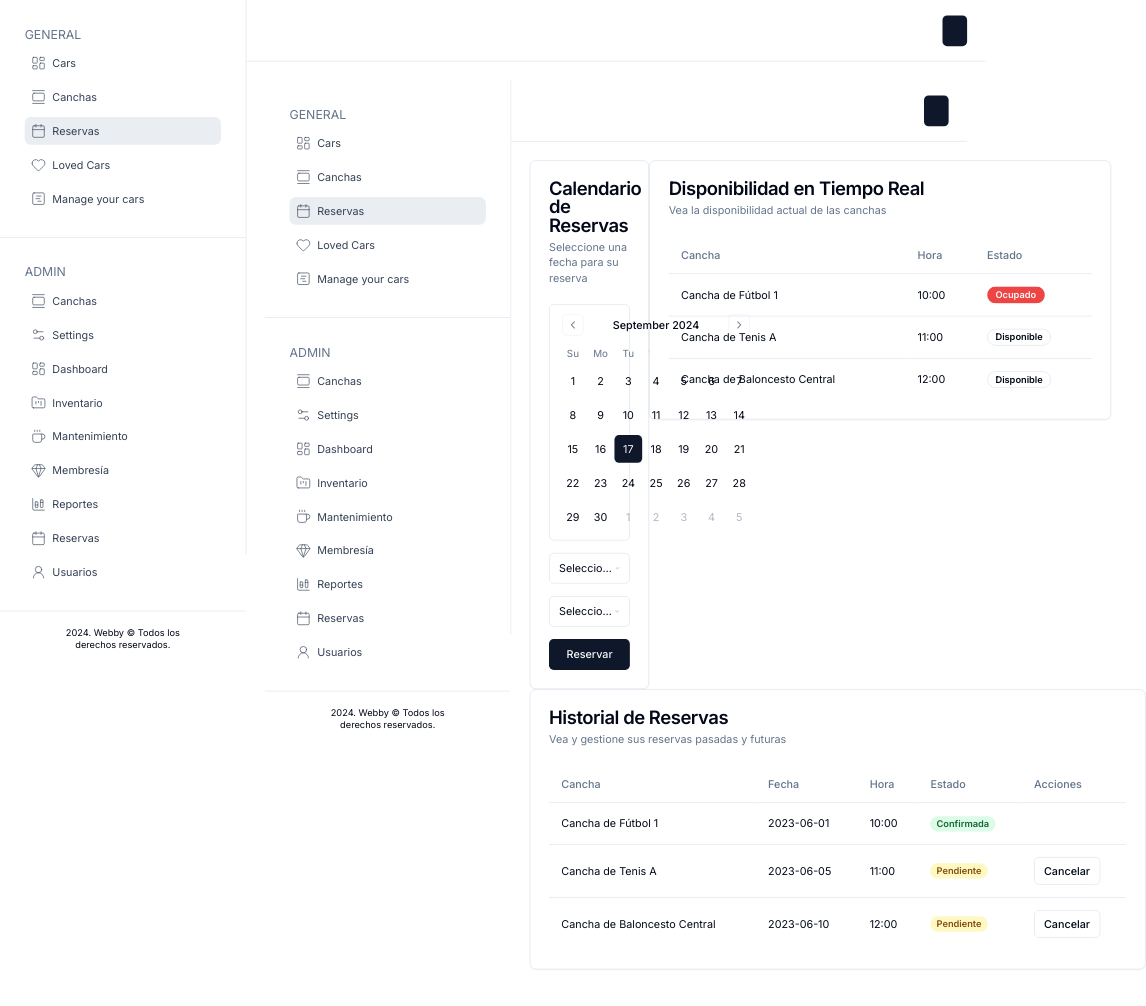
Repository: Jackson-sch/cdeporte
Page: /reservas
An editor plug-in stored every save of this project. The page is shown before and after the next save, followed by the edit.
The browser window is 1280 px wide. The page is 1488 px wide, so the pictures cover 1488 px, including what lies to the right of the window. The pictures show the whole page, at 77% of full size.
The project was rebuilt for these pictures with package versions that can differ from the ones it lists, and the page was loaded fresh each time. The framework's server and built-in components were replaced by stand-ins that run in the browser. Also part of the build but not shown: next.config.mjs, src/components/ui/label.jsx, src/components/ui/input.jsx, src/components/Reservas/HistorialReserva.jsx.

Above is the page before, as saved 2024-09-17 20:06:46.

### src/app/layout.jsx
import { Inter } from "next/font/google";
import "./globals.css";
import { Toaster } from "@/components/ui/toaster";

const inter = Inter({ subsets: ["latin"] });

export const metadata = {
  title: "Create Next App",
  description: "Generated by create next app",
};

export default function RootLayout({ children }) {
  return (
    <html lang="en">
      <body className={inter.className}>
        {children}
        <Toaster />
        </body>
    </html>
  );
}

### src/app/(routes)/layout.jsx
import { NavbarDashboard } from "@/components/NavbarDashboard/NavbarDashboard";
import { Sidebar } from "@/components/Sidebar/Sidebar";




export default function LayoutDashboard({ children }) {
  return (
    <div className="flex w-full h-full">
      <div className="hidden h-full xl:block w-80 xl:fixed">
        <Sidebar />
      </div>
      <div className="w-full h-full xl:ml-80">
        <NavbarDashboard />
        <div className="p-6 h-max container">{children}</div>
      </div>
    </div>
  );
}

### src/app/(routes)/(cliente)/layout.jsx
import { NavbarDashboard } from "@/components/NavbarDashboard/NavbarDashboard";
import { Sidebar } from "@/components/Sidebar/Sidebar";




export default function LayoutDashboard({ children }) {
  return (
    <div className="flex w-full h-full">
      <div className="hidden h-full xl:block w-80 xl:fixed">
        <Sidebar />
      </div>
      <div className="w-full h-full xl:ml-80">
        <NavbarDashboard />
        <div className="p-6 h-max container">{children}</div>
      </div>
    </div>
  );
}

### src/app/(routes)/(cliente)/reservas/page.jsx
"use client";
import React, { useState } from "react";
import { Calendar } from "@/components/ui/calendar";
import {
  Card,
  CardHeader,
  CardTitle,
  CardDescription,
  CardContent,
} from "@/components/ui/card";
import {
  Select,
  SelectTrigger,
  SelectValue,
  SelectContent,
  SelectItem,
} from "@/components/ui/select";
import { Button } from "@/components/ui/button";
import {
  Dialog,
  DialogTrigger,
  DialogContent,
  DialogHeader,
  DialogTitle,
  DialogDescription,
  DialogFooter,
} from "@/components/ui/dialog";
import { Label } from "@/components/ui/label";
import { Input } from "@/components/ui/input";
import RealTimeAvailability from "@/components/Reservas/RealTimeAvailability";
import HistorialReservas from "@/components/Reservas/HistorialReserva";
import ReservationHistory from "@/components/Reservas/ReservationHistory";

export default function ReservationCalendar() {
  const [date, setDate] = useState(new Date());
  const [selectedCourt, setSelectedCourt] = useState("");
  const [selectedTime, setSelectedTime] = useState("");
  const [isDialogOpen, setIsDialogOpen] = useState(false);

  const courts = [
    "Cancha de Fútbol 1",
    "Cancha de Tenis A",
    "Cancha de Baloncesto Central",
  ];
  const times = [
    "09:00",
    "10:00",
    "11:00",
    "12:00",
    "13:00",
    "14:00",
    "15:00",
    "16:00",
    "17:00",
    "18:00",
  ];

  const handleReservation = () => {
    console.log("Reserva realizada:", { date, selectedCourt, selectedTime });
    setIsDialogOpen(false);
    // Aquí iría la lógica para enviar la reserva al servidor
  };

  return (
    <div className="grid grid-cols-1 md:grid-cols-2 lg:grid-cols-7">
      <div className="col-span-2">
        <Card className="w-full">
          <CardHeader>
            <CardTitle>Calendario de Reservas</CardTitle>
            <CardDescription>
              Seleccione una fecha para su reserva
            </CardDescription>
          </CardHeader>
          <CardContent>
            <Calendar
              mode="single"
              selected={date}
              onSelect={setDate}
              className="rounded-md border"
            />
            <div className="mt-4">
              <Select onValueChange={setSelectedCourt}>
                <SelectTrigger>
                  <SelectValue placeholder="Seleccione una cancha" />
                </SelectTrigger>
                <SelectContent>
                  {courts.map((court) => (
                    <SelectItem key={court} value={court}>
                      {court}
                    </SelectItem>
                  ))}
                </SelectContent>
              </Select>
            </div>
            <div className="mt-4">
              <Select onValueChange={setSelectedTime}>
                <SelectTrigger>
                  <SelectValue placeholder="Seleccione una hora" />
                </SelectTrigger>
                <SelectContent>
                  {times.map((time) => (
                    <SelectItem key={time} value={time}>
                      {time}
                    </SelectItem>
                  ))}
                </SelectContent>
              </Select>
            </div>
            <Dialog open={isDialogOpen} onOpenChange={setIsDialogOpen}>
              <DialogTrigger asChild>
                <Button className="mt-4 w-full">Reservar</Button>
              </DialogTrigger>
              <DialogContent>
                <DialogHeader>
                  <DialogTitle>Confirmar Reserva</DialogTitle>
                  <DialogDescription>
                    ¿Está seguro que desea realizar esta reserva?
                  </DialogDescription>
                </DialogHeader>
                <div className="grid gap-4 py-4">
                  <div className="grid grid-cols-4 items-center gap-4">
                    <Label htmlFor="date" className="text-right">
                      Fecha
                    </Label>
                    <Input
                      id="date"
                      value={date.toLocaleDateString()}
                      className="col-span-3"
                      readOnly
                    />
                  </div>
                  <div className="grid grid-cols-4 items-center gap-4">
                    <Label htmlFor="court" className="text-right">
                      Cancha
                    </Label>
                    <Input
                      id="court"
                      value={selectedCourt}
                      className="col-span-3"
                      readOnly
                    />
                  </div>
                  <div className="grid grid-cols-4 items-center gap-4">
                    <Label htmlFor="time" className="text-right">
                      Hora
                    </Label>
                    <Input
                      id="time"
                      value={selectedTime}
                      className="col-span-3"
                      readOnly
                    />
                  </div>
                </div>
                <DialogFooter>
                  <Button onClick={handleReservation}>Confirmar Reserva</Button>
                </DialogFooter>
              </DialogContent>
            </Dialog>
          </CardContent>
        </Card>
      </div>
      <div className="col-span-5">
        <RealTimeAvailability />
      </div>

      <ReservationHistory />
    </div>
  );
}

### src/components/ui/toaster.jsx
"use client"

import {
  Toast,
  ToastClose,
  ToastDescription,
  ToastProvider,
  ToastTitle,
  ToastViewport,
} from "@/components/ui/toast"
import { useToast } from "@/components/ui/use-toast"

export function Toaster() {
  const { toasts } = useToast()

  return (
    (<ToastProvider>
      {toasts.map(function ({ id, title, description, action, ...props }) {
        return (
          (<Toast key={id} {...props}>
            <div className="grid gap-1">
              {title && <ToastTitle>{title}</ToastTitle>}
              {description && (
                <ToastDescription>{description}</ToastDescription>
              )}
            </div>
            {action}
            <ToastClose />
          </Toast>)
        );
      })}
      <ToastViewport />
    </ToastProvider>)
  );
}

### src/components/NavbarDashboard/NavbarDashboard.jsx
import { Sheet, SheetContent, SheetTrigger } from "@/components/ui/sheet";
import {Button } from "@/components/ui/button";
import { Menu } from "lucide-react";
import { SidebarRoutes } from "../SidebarRoutes/SidebarRoutes";



export function NavbarDashboard() {
  return (
    <nav className="flex items-center justify-between w-full h-20 px-2 border-b gap-x-4 md:px-6 bg-background">
      <div className="block xl:hidden">
        <Sheet>
          <SheetTrigger className="flex items-center">
            <Menu />
          </SheetTrigger>
          <SheetContent side="left">
            <SidebarRoutes />
          </SheetContent>
        </Sheet>
      </div>
      <div className="flex items-center justify-end w-full gap-x-2">
        <Button />
      </div>
    </nav>
  );
}

### src/components/Sidebar/Sidebar.jsx
import { SidebarRoutes } from "../SidebarRoutes/SidebarRoutes";


export function Sidebar() {
  return (
    <div className="h-screen">
      <div className="flex flex-col h-full border-r">
        <SidebarRoutes />
      </div>
    </div>
  );
}

### src/components/ui/card.jsx
import * as React from "react"

import { cn } from "@/lib/utils"

const Card = React.forwardRef(({ className, ...props }, ref) => (
  <div
    ref={ref}
    className={cn("rounded-lg border bg-card text-card-foreground shadow-sm", className)}
    {...props} />
))
Card.displayName = "Card"

const CardHeader = React.forwardRef(({ className, ...props }, ref) => (
  <div
    ref={ref}
    className={cn("flex flex-col space-y-1.5 p-6", className)}
    {...props} />
))
CardHeader.displayName = "CardHeader"

const CardTitle = React.forwardRef(({ className, ...props }, ref) => (
  <h3
    ref={ref}
    className={cn("text-2xl font-semibold leading-none tracking-tight", className)}
    {...props} />
))
CardTitle.displayName = "CardTitle"

const CardDescription = React.forwardRef(({ className, ...props }, ref) => (
  <p
    ref={ref}
    className={cn("text-sm text-muted-foreground", className)}
    {...props} />
))
CardDescription.displayName = "CardDescription"

const CardContent = React.forwardRef(({ className, ...props }, ref) => (
  <div ref={ref} className={cn("p-6 pt-0", className)} {...props} />
))
CardContent.displayName = "CardContent"

const CardFooter = React.forwardRef(({ className, ...props }, ref) => (
  <div
    ref={ref}
    className={cn("flex items-center p-6 pt-0", className)}
    {...props} />
))
CardFooter.displayName = "CardFooter"

export { Card, CardHeader, CardFooter, CardTitle, CardDescription, CardContent }

### src/components/ui/button.jsx
import * as React from "react"
import { Slot } from "@radix-ui/react-slot"
import { cva } from "class-variance-authority";

import { cn } from "@/lib/utils"

const buttonVariants = cva(
  "inline-flex items-center justify-center whitespace-nowrap rounded-md text-sm font-medium ring-offset-background transition-colors focus-visible:outline-none focus-visible:ring-2 focus-visible:ring-ring focus-visible:ring-offset-2 disabled:pointer-events-none disabled:opacity-50",
  {
    variants: {
      variant: {
        default: "bg-primary text-primary-foreground hover:bg-primary/90",
        destructive:
          "bg-destructive text-destructive-foreground hover:bg-destructive/90",
        outline:
          "border border-input bg-background hover:bg-accent hover:text-accent-foreground",
        secondary:
          "bg-secondary text-secondary-foreground hover:bg-secondary/80",
        ghost: "hover:bg-accent hover:text-accent-foreground",
        link: "text-primary underline-offset-4 hover:underline",
      },
      size: {
        default: "h-10 px-4 py-2",
        sm: "h-9 rounded-md px-3",
        lg: "h-11 rounded-md px-8",
        icon: "h-10 w-10",
      },
    },
    defaultVariants: {
      variant: "default",
      size: "default",
    },
  }
)

const Button = React.forwardRef(({ className, variant, size, asChild = false, ...props }, ref) => {
  const Comp = asChild ? Slot : "button"
  return (
    (<Comp
      className={cn(buttonVariants({ variant, size, className }))}
      ref={ref}
      {...props} />)
  );
})
Button.displayName = "Button"

export { Button, buttonVariants }

### src/components/Reservas/RealTimeAvailability.jsx
'use client'
import React, { useState, useEffect } from 'react'
import { Card, CardHeader, CardTitle, CardDescription, CardContent } from "@/components/ui/card"
import { Table, TableBody, TableCell, TableHead, TableHeader, TableRow } from "@/components/ui/table"
import { Badge } from "@/components/ui/badge"

export default function RealTimeAvailability() {
  const [availability, setAvailability] = useState([])

  useEffect(() => {
    // Simulación de actualización en tiempo real
    const interval = setInterval(() => {
      const newAvailability = [
        { id: 1, court: "Cancha de Fútbol 1", time: "10:00", status: Math.random() > 0.5 ? "Disponible" : "Ocupado" },
        { id: 2, court: "Cancha de Tenis A", time: "11:00", status: Math.random() > 0.5 ? "Disponible" : "Ocupado" },
        { id: 3, court: "Cancha de Baloncesto Central", time: "12:00", status: Math.random() > 0.5 ? "Disponible" : "Ocupado" },
      ]
      setAvailability(newAvailability)
    }, 5000) // Actualiza cada 5 segundos

    return () => clearInterval(interval)
  }, [])

  return (
    <Card className="w-[600px]">
      <CardHeader>
        <CardTitle>Disponibilidad en Tiempo Real</CardTitle>
        <CardDescription>Vea la disponibilidad actual de las canchas</CardDescription>
      </CardHeader>
      <CardContent>
        <Table>
          <TableHeader>
            <TableRow>
              <TableHead>Cancha</TableHead>
              <TableHead>Hora</TableHead>
              <TableHead>Estado</TableHead>
            </TableRow>
          </TableHeader>
          <TableBody>
            {availability.map((item) => (
              <TableRow key={item.id}>
                <TableCell>{item.court}</TableCell>
                <TableCell>{item.time}</TableCell>
                <TableCell>
                  <Badge variant={item.status === "Disponible" ? "success" : "destructive"}>
                    {item.status}
                  </Badge>
                </TableCell>
              </TableRow>
            ))}
          </TableBody>
        </Table>
      </CardContent>
    </Card>
  )
}

### src/components/SidebarRoutes/SidebarRoutes.jsx
"use client";

import { Separator } from "@/components/ui/separator";
import { dataAdminSidebar, dataGeneralSidebar } from "./SidebarRoute.data";
import { SidebarItem } from "./SidebarItem/SidebarItem";



export function SidebarRoutes() {

  return (
    <div className="flex flex-col justify-between h-full">
      <div>
        <div className="p-4 md:p-8">
          <p className="mb-2 text-slate-500">GENERAL</p>
          {dataGeneralSidebar.map((item) => (
            <SidebarItem key={item.label} item={item} />
          ))}
        </div>

        <Separator />

          <div className="p-4 md:p-8">
            <p className="mb-2 text-slate-500">ADMIN</p>
            {dataAdminSidebar.map((item) => (
              <SidebarItem key={item.label} item={item} />
            ))}
          </div>
      </div>

      <div>
        <Separator />

        <footer className="px-6 py-2 mt-3 text-center text-xs text-pretty">
          2024. Webby © Todos los derechos reservados.
        </footer>
      </div>
    </div>
  );
}

### src/components/ui/table.jsx
import * as React from "react"

import { cn } from "@/lib/utils"

const Table = React.forwardRef(({ className, ...props }, ref) => (
  <div className="relative w-full overflow-auto">
    <table
      ref={ref}
      className={cn("w-full caption-bottom text-sm", className)}
      {...props} />
  </div>
))
Table.displayName = "Table"

const TableHeader = React.forwardRef(({ className, ...props }, ref) => (
  <thead ref={ref} className={cn("[&_tr]:border-b", className)} {...props} />
))
TableHeader.displayName = "TableHeader"

const TableBody = React.forwardRef(({ className, ...props }, ref) => (
  <tbody
    ref={ref}
    className={cn("[&_tr:last-child]:border-0", className)}
    {...props} />
))
TableBody.displayName = "TableBody"

const TableFooter = React.forwardRef(({ className, ...props }, ref) => (
  <tfoot
    ref={ref}
    className={cn("border-t bg-muted/50 font-medium [&>tr]:last:border-b-0", className)}
    {...props} />
))
TableFooter.displayName = "TableFooter"

const TableRow = React.forwardRef(({ className, ...props }, ref) => (
  <tr
    ref={ref}
    className={cn(
      "border-b transition-colors hover:bg-muted/50 data-[state=selected]:bg-muted",
      className
    )}
    {...props} />
))
TableRow.displayName = "TableRow"

const TableHead = React.forwardRef(({ className, ...props }, ref) => (
  <th
    ref={ref}
    className={cn(
      "h-12 px-4 text-left align-middle font-medium text-muted-foreground [&:has([role=checkbox])]:pr-0",
      className
    )}
    {...props} />
))
TableHead.displayName = "TableHead"

const TableCell = React.forwardRef(({ className, ...props }, ref) => (
  <td
    ref={ref}
    className={cn("p-4 align-middle [&:has([role=checkbox])]:pr-0", className)}
    {...props} />
))
TableCell.displayName = "TableCell"

const TableCaption = React.forwardRef(({ className, ...props }, ref) => (
  <caption
    ref={ref}
    className={cn("mt-4 text-sm text-muted-foreground", className)}
    {...props} />
))
TableCaption.displayName = "TableCaption"

export {
  Table,
  TableHeader,
  TableBody,
  TableFooter,
  TableHead,
  TableRow,
  TableCell,
  TableCaption,
}

### src/components/ui/badge.jsx
import * as React from "react"
import { cva } from "class-variance-authority";

import { cn } from "@/lib/utils"

const badgeVariants = cva(
  "inline-flex items-center rounded-full border px-2.5 py-0.5 text-xs font-semibold transition-colors focus:outline-none focus:ring-2 focus:ring-ring focus:ring-offset-2",
  {
    variants: {
      variant: {
        default:
          "border-transparent bg-primary text-primary-foreground hover:bg-primary/80",
        secondary:
          "border-transparent bg-secondary text-secondary-foreground hover:bg-secondary/80",
        destructive:
          "border-transparent bg-destructive text-destructive-foreground hover:bg-destructive/80",
        outline: "text-foreground",
      },
    },
    defaultVariants: {
      variant: "default",
    },
  }
)

function Badge({
  className,
  variant,
  ...props
}) {
  return (<div className={cn(badgeVariants({ variant }), className)} {...props} />);
}

export { Badge, badgeVariants }

### src/components/SidebarRoutes/SidebarRoute.data.jsx
import {
  Calendar,
  Car,
  ChartColumnStacked,
  Coffee,
  FolderKanban,
  GalleryVertical,
  Gem,
  Heart,
  LayoutDashboard,
  Settings2,
  SquareGanttChart,
  User2,
} from "lucide-react";

export const dataGeneralSidebar = [
  {
    icon: LayoutDashboard,
    label: "Cars",
    href: "/dashboard",
  },
  {
    icon: GalleryVertical,
    label: "Canchas",
    href: "/canchas",
  },
  {
    icon: Calendar,
    label: "Reservas",
    href: "/reservas",
  },
  {
    icon: Heart,
    label: "Loved Cars",
    href: "/loved-cars",
  },
  {
    icon: SquareGanttChart,
    label: "Manage your cars",
    href: "/canchitas",
  },
];

export const dataAdminSidebar = [
  {
    icon: GalleryVertical,
    label: "Canchas",
    href: "/admin/canchas",
  },
  {
    icon: Settings2,
    label: "Settings",
    href: "/admin/configuracion",
  },
  {
    icon: LayoutDashboard,
    label: "Dashboard",
    href: "/admin/dashboard",
  },
  {
    icon: FolderKanban,
    label: "Inventario",
    href: "/admin/inventario",
  },
  {
    icon: Coffee,
    label: "Mantenimiento",
    href: "/admin/mantenimiento",
  },
  {
    icon: Gem,
    label: "Membresía",
    href: "/admin/membresia",
  },
  {
    icon: ChartColumnStacked,
    label: "Reportes",
    href: "/admin/reportes",
  },
  {
    icon: Calendar,
    label: "Reservas",
    href: "/admin/reservas",
  },
  {
    icon: User2,
    label: "Usuarios",
    href: "/admin/usuarios",
  },
];

### src/components/SidebarRoutes/SidebarItem/SidebarItem.jsx
import Link from "next/link";
import { cn } from "@/lib/utils";
import { usePathname } from "next/navigation";

export function SidebarItem({item}) {
  const { href, icon: Icon, label } = item;

  const pathname = usePathname();

  const activePath = pathname === href;

  return (
    <Link
      href={href}
      className={cn(
        `flex gap-x-2 mt-2 text-slate-700 text-sm items-center hover:bg-slate-300/20 p-2 rounded-lg cursor-pointer`,
        activePath && "bg-slate-400/20"
      )}
    >
      <Icon className="h-5 w-5" strokeWidth={1} />
      {label}
    </Link>
  );
}

Loaded but not shown: src/app/globals.css (common file); src/lib/utils.js (common file); src/components/ui/separator.jsx (common file); tailwind.config.js (common file); src/components/ui/use-toast.js (155 lines, source omitted); src/components/ui/select.jsx (122 lines, source omitted); src/components/Reservas/ReservationHistory.jsx (149 lines, source omitted); src/components/ui/toast.jsx (83 lines, source omitted); src/components/ui/sheet.jsx (109 lines, source omitted); src/components/ui/dialog.jsx (96 lines, source omitted); src/components/ui/calendar.jsx (62 lines, source omitted)

After the next save:
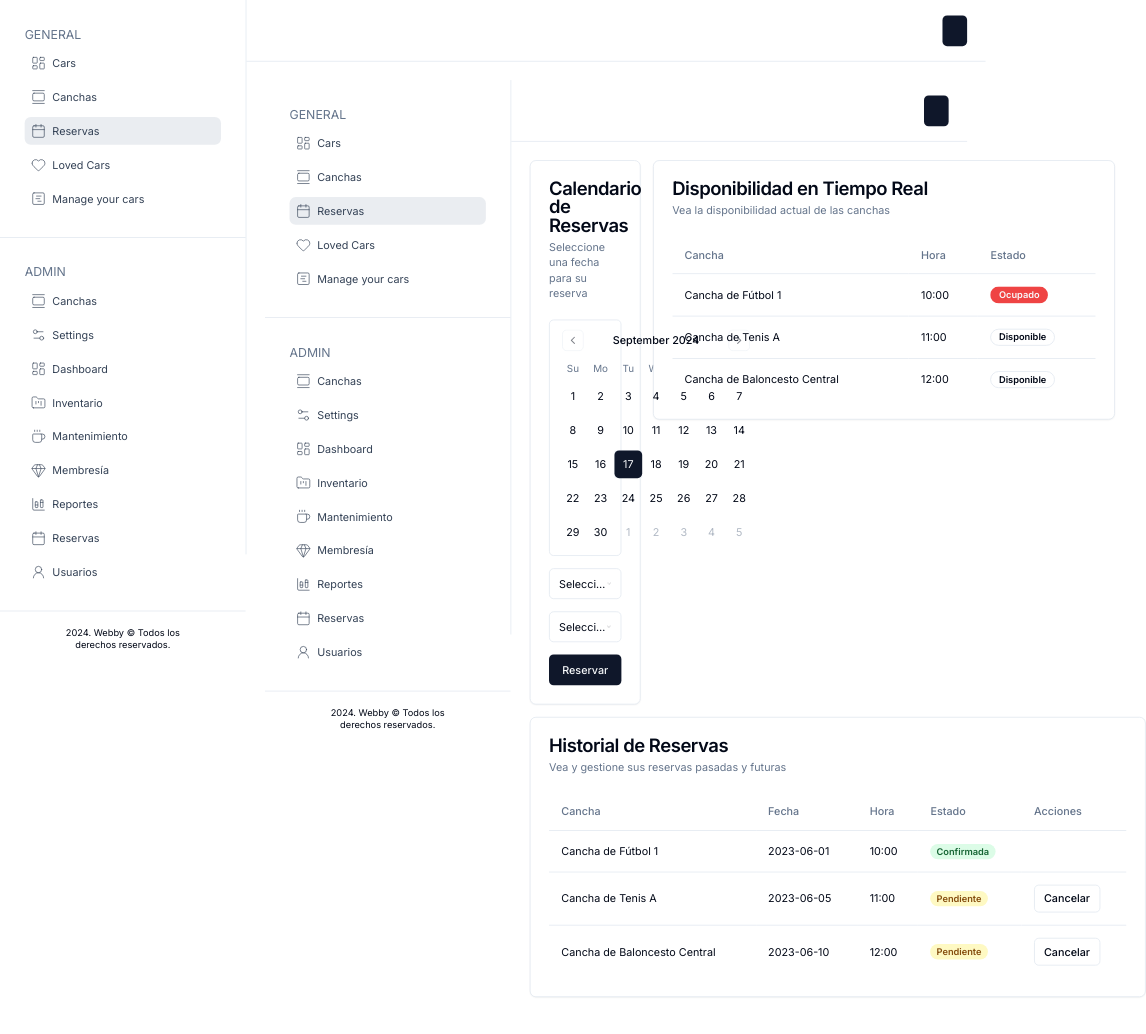
Saved 14 s later.
--- a/src/app/(routes)/(cliente)/reservas/page.jsx
+++ b/src/app/(routes)/(cliente)/reservas/page.jsx
@@ -62,7 +62,7 @@ export default function ReservationCalendar() {
   };
 
   return (
-    <div className="grid grid-cols-1 md:grid-cols-2 lg:grid-cols-7">
+    <div className="grid grid-cols-1 md:grid-cols-2 lg:grid-cols-7 gap-4">
       <div className="col-span-2">
         <Card className="w-full">
           <CardHeader>
